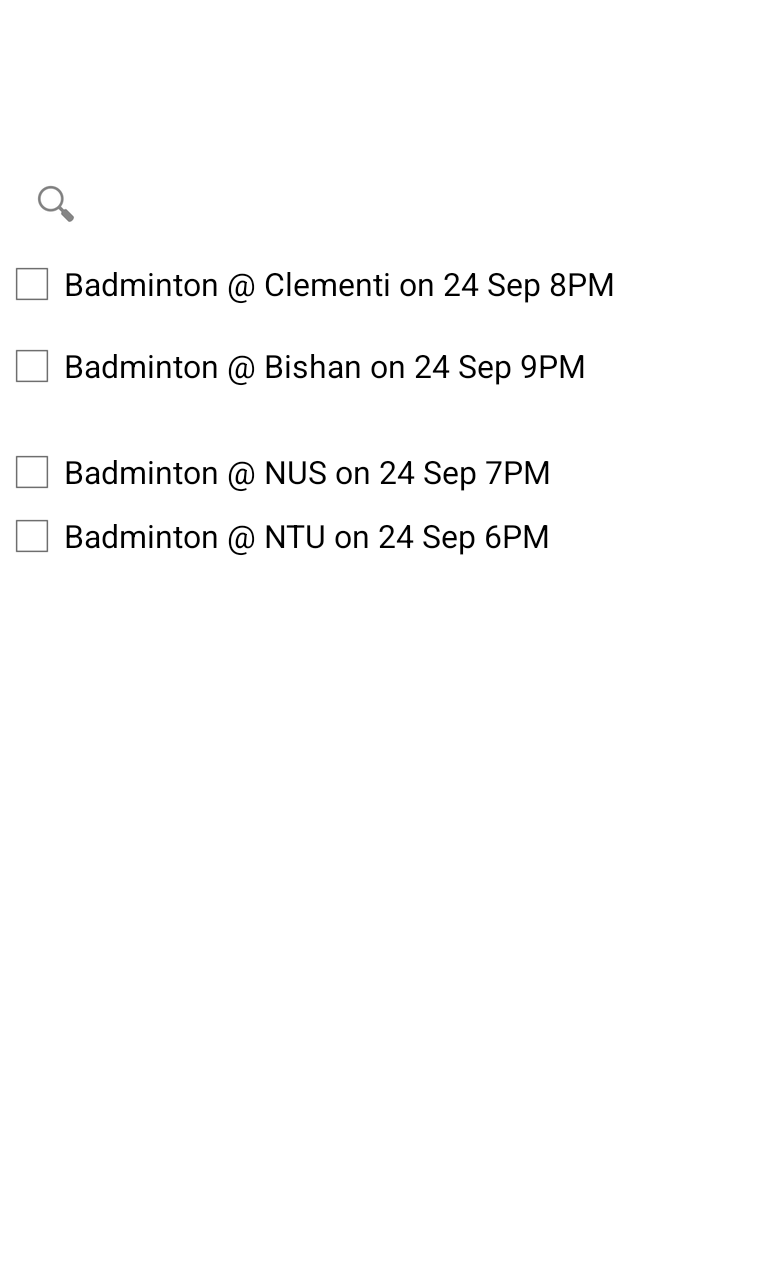
Repository: srikraj8341/srikanthrepo
Layout: android/MyFirstApp/res/layout/activity_games.xml
The author's editor kept a copy of each file at every save. The layout is drawn from the files as they stood at one save, then again after the next save.
It is drawn on a 768 x 1280 px phone screen (xhdpi) without system bars, with theme AppTheme; the app's code is not run.

Above is the layout before, as saved 2012-09-23 03:03:23.

After the next save:
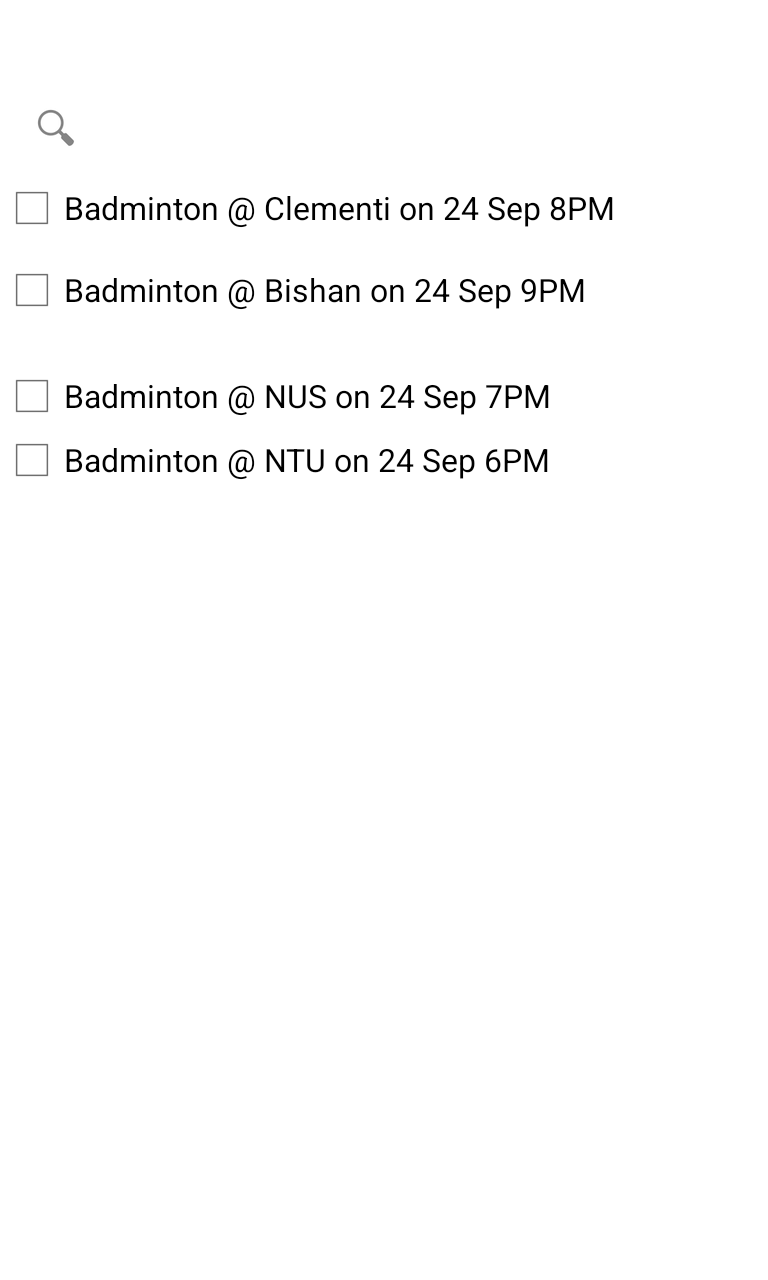
Saved 98 s later.
--- a/android/MyFirstApp/res/layout/activity_games.xml
+++ b/android/MyFirstApp/res/layout/activity_games.xml
@@ -8,7 +8,7 @@
         android:layout_width="wrap_content"
         android:layout_height="wrap_content"
         android:layout_alignParentTop="true"
-        android:layout_marginTop="78dp" >
+        android:layout_marginTop="40dp" >
     </SearchView>
 
     <TabWidget
